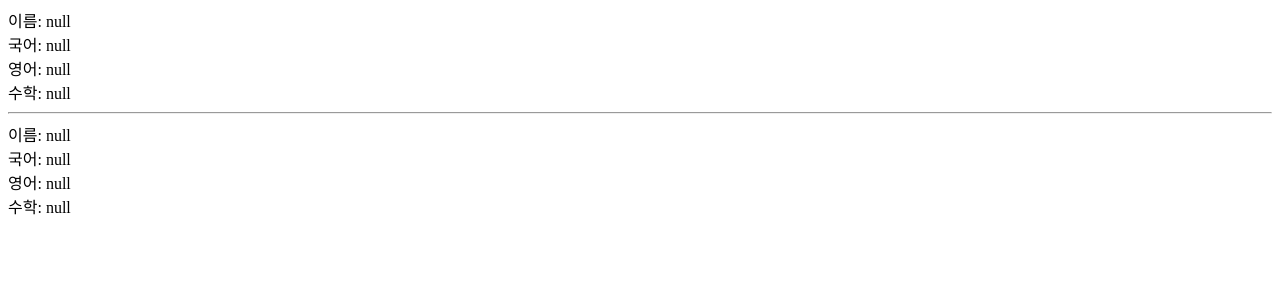
Repository: yubeens/JSP
Page: http://localhost/JSP_Project/exam/scoreResult.jsp
These files come from the project's save history. The page is drawn as it stood at one moment and after the next save; the edit follows.
The browser window is 1280 px wide. The pictures show the whole page.
The page is served by Tomcat 9.

Above is the page before, as saved 2025-02-27 01:54:59.

After the next save:
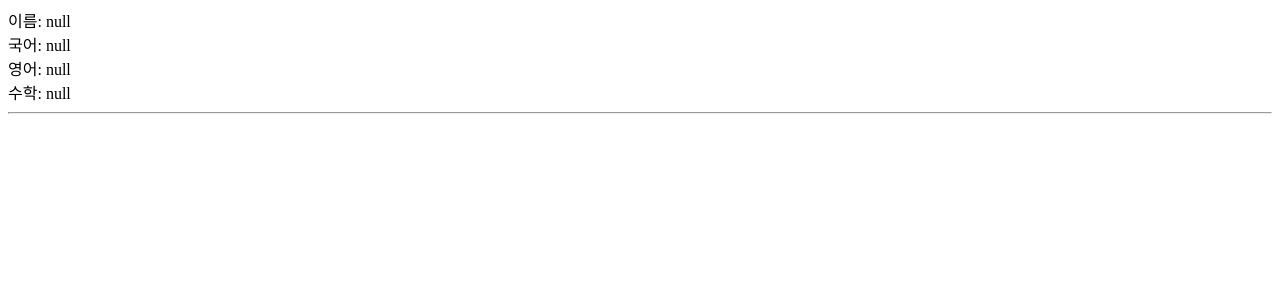
Saved 3 min 2 s later.
--- a/JSP_Project/src/main/webapp/exam/scoreResult.jsp
+++ b/JSP_Project/src/main/webapp/exam/scoreResult.jsp
@@ -22,9 +22,10 @@ String math = request.getParameter("math");
 수학: <% out.println(math); %>
 <hr/>
 <!-- 표현식 -->
-이름: <%=name%><br>
+<!--이름: <%=name%><br>
 국어: <%=kor%><br>
 영어: <%=eng%><br>
-수학: <%=math%>
+수학: <%=math%>-->
+
 </body>
 </html>
